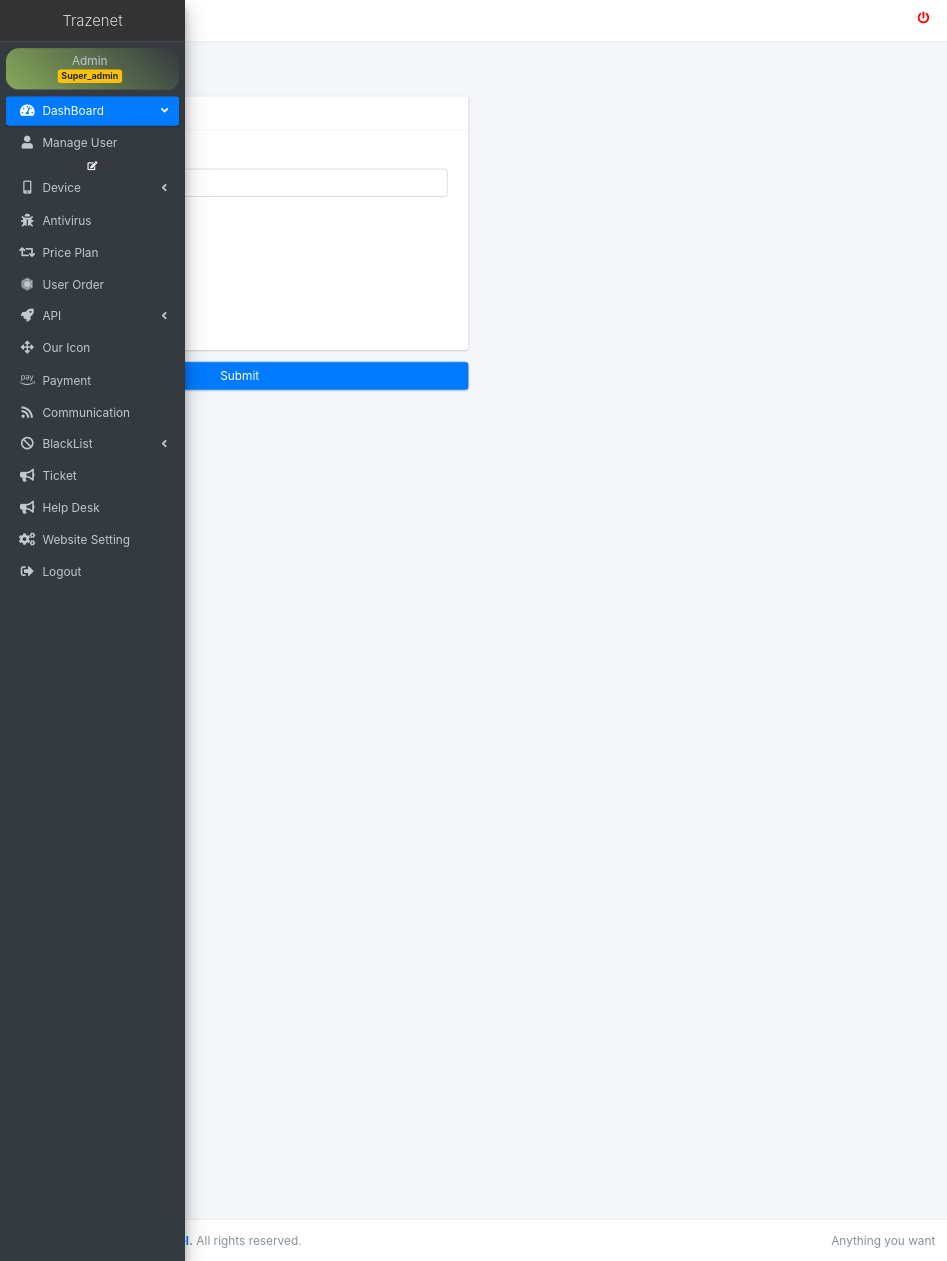
Repository: ufaqashraf/dashboard-laravel8
Page: http://localhost/icon
The author's editor kept a copy of each file at every save. The page is drawn from the files as they stood at one save, then again after the next save.
The browser window is 1280 px wide. The pictures show the whole page, at 74% of full size.
Some web fonts or font styles are not loaded; a fallback is used. The page is served by the project's Laravel application, run on PHP 8.4 with Laravel 8. The first stored user is signed in. The database holds what the project's SQL file puts in it.

Above is the page before, as saved 2021-03-28 02:54:07.

After the next save:
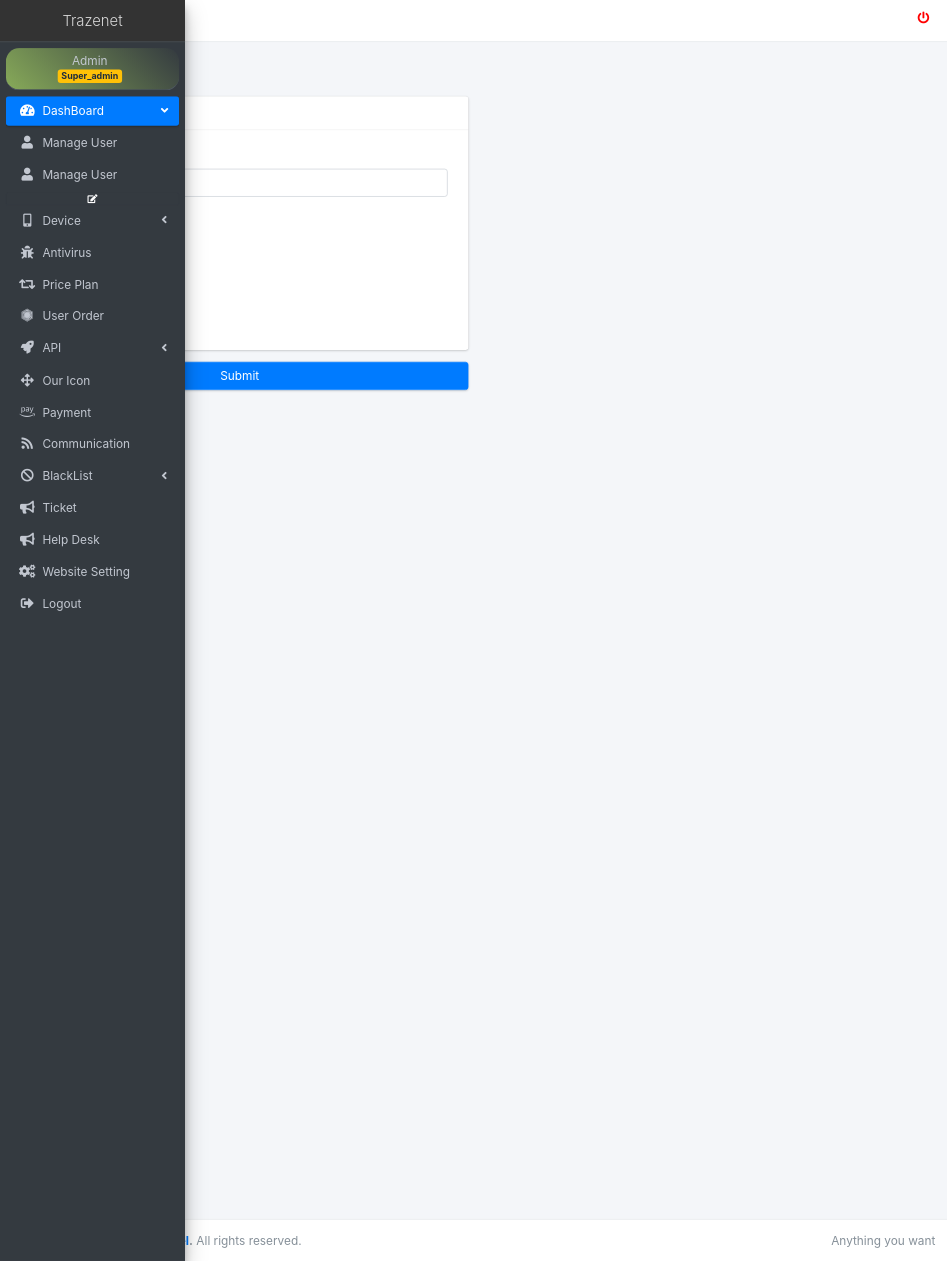
Saved 20 s later.
--- a/resources/views/layouts/backend/sidebar.blade.php
+++ b/resources/views/layouts/backend/sidebar.blade.php
@@ -41,6 +41,15 @@
             </a>
           </li>
           @endif
+
+          <li class="nav-item has-treeview">
+            <a href="{{route('get.user')}}" class="nav-link">
+              <i class="nav-icon fa fa-user"></i>
+              <p>
+                Manage User
+              </p>
+            </a>
+          </li>
           <button onclick="edit({{ $data   }})" class="btn btn-dark btn-xs">
             <i class="fa fa-edit"></i>
         </button>
